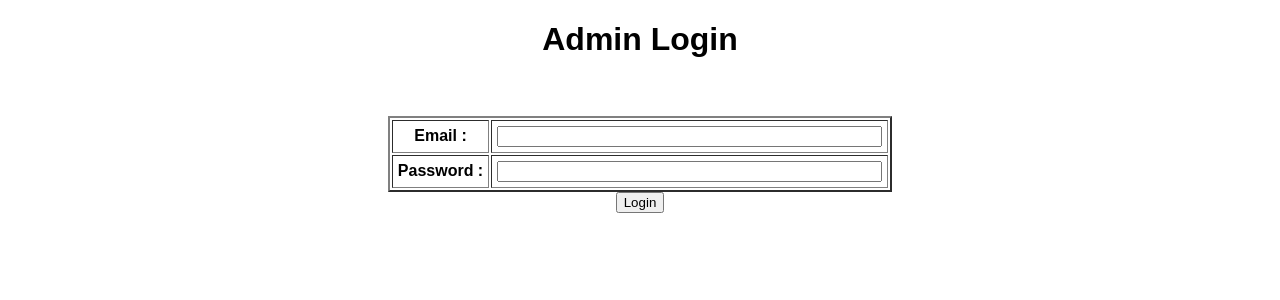
Repository: Pravesh105/FlyAway
Page: http://localhost/FlyAway/AdminLogin.jsp
The author's editor kept a copy of each file at every save. The page is drawn from the files as they stood at one save, then again after the next save.
The browser window is 1280 px wide. The pictures show the whole page.
The page is served by Tomcat 9. Other server files are loaded and not shown.

Above is the page before, as saved 2023-01-15 14:08:27.

### FlyAway/src/main/webapp/AdminLogin.jsp
<%@ page language="java" contentType="text/html; charset=ISO-8859-1"
	pageEncoding="ISO-8859-1" %>



<!DOCTYPE html>
<html>
<head>
<meta charset="ISO-8859-1">
<title>FLYAWAY.COM</title>
<style><%@include file="/WEB-INF/style.css"%></style>
</head>

<body>
	<div align="center">
		<h1>Admin Login</h1>
		&nbsp;&nbsp;&nbsp;&nbsp;
		<br><br>
		<form action="login" method="post">
			<table border="2" cellpadding="5" postion="bottom">
				<tr>
					<th>Email :</th>
					<td><input type="email" name="email" size="45" required>
					</td>
				</tr>
				<tr>
					<th>Password :</th>
					<td><input type="password" name="pwd" size="45" required>
					</td>
				</tr>
			</table>
			<input type="submit" value="Login">
		</form>
	</div>
</body>
</html>

### FlyAway/src/main/webapp/WEB-INF/style.css
@charset "UTF-8";
body {
	font-family: Arial, Helvetica, sans-serif;
}

After the next save:
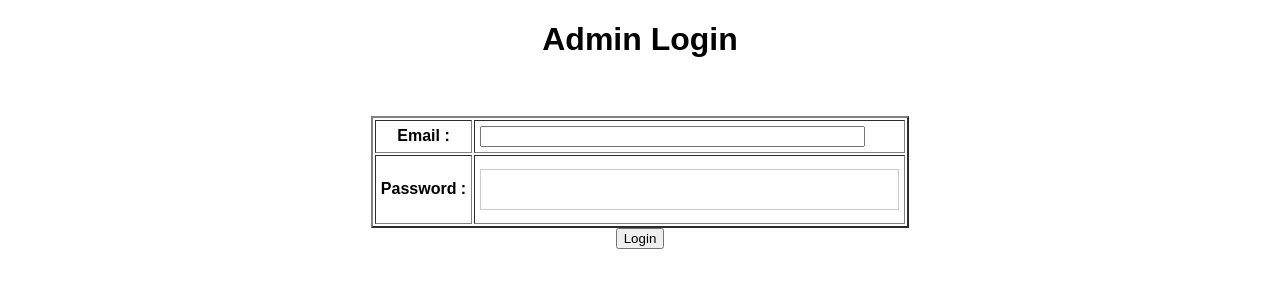
Saved 33 s later.
--- a/FlyAway/src/main/webapp/WEB-INF/style.css
+++ b/FlyAway/src/main/webapp/WEB-INF/style.css
@@ -2,3 +2,11 @@
 body {
 	font-family: Arial, Helvetica, sans-serif;
 }
+input[type=text], input[type=password] {
+  width: 100%;
+  padding: 12px 20px;
+  margin: 8px 0;
+  display: inline-block;
+  border: 1px solid #ccc;
+  box-sizing: border-box;
+}
